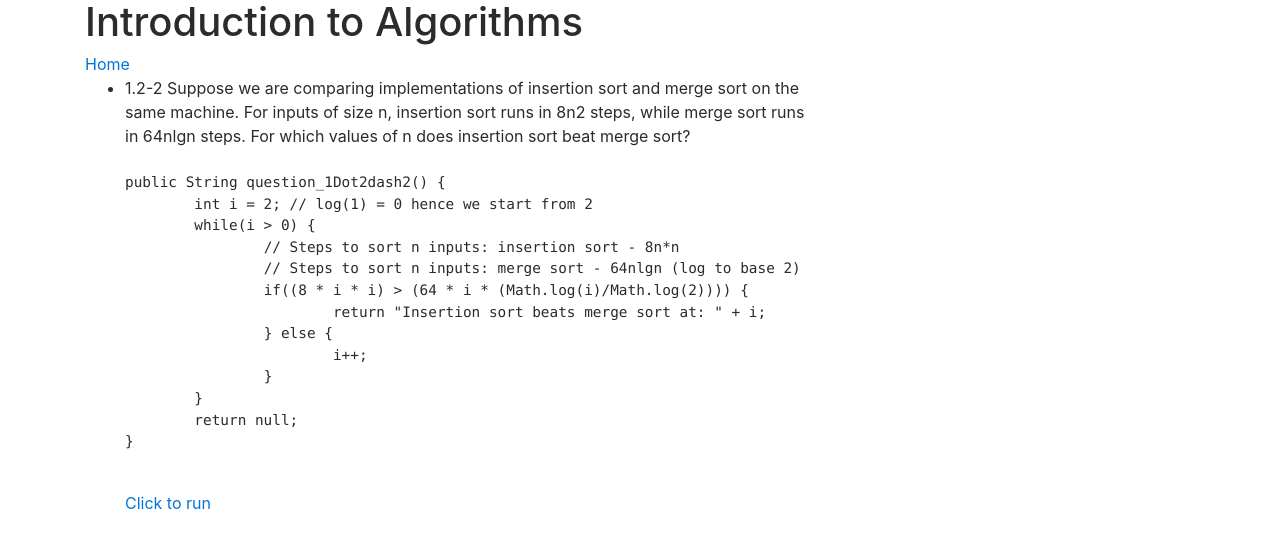
Repository: baltejas/algorithms
Page: http://localhost/algorithms/WEB-INF/views/index.jsp
These files come from the project's save history. The page is drawn as it stood at one moment and after the next save; the edit follows.
The browser window is 1280 px wide. The pictures show the whole page.
The page is served by Tomcat 9. Nobody is signed in. The template is opened directly, without the code that normally fills it, so the values that code supplies are empty.

Above is the page before, as saved 2017-05-06 18:58:27.

After the next save:
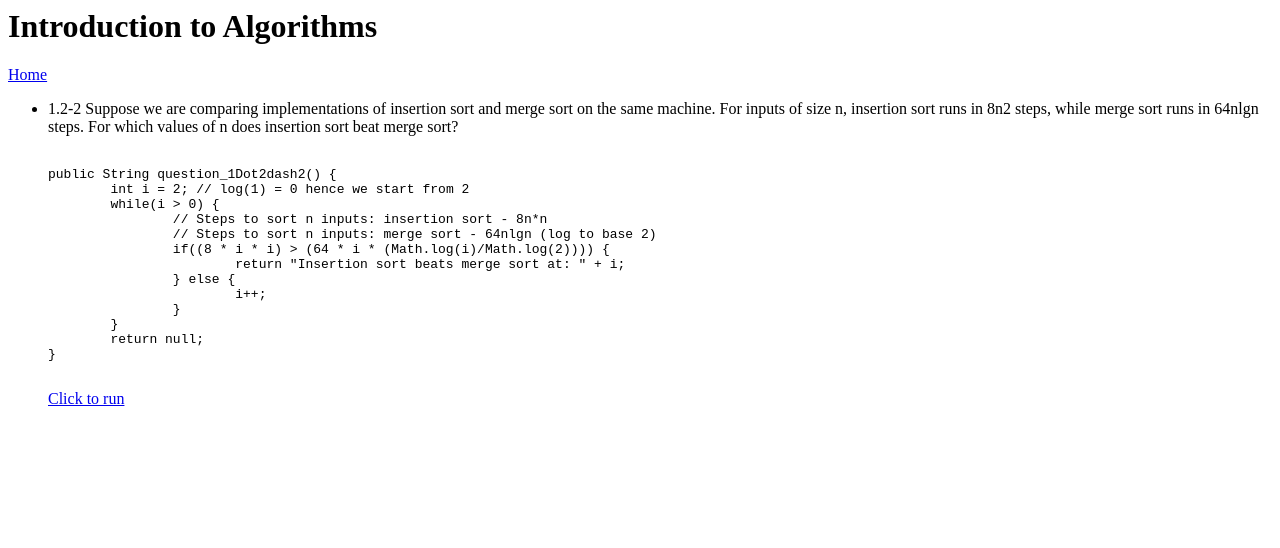
Not found: algorithms/algorithms/WEB-INF/views/resources/css/bootstrap.min.css
Saved 28 s later.
--- a/algorithms/src/main/webapp/WEB-INF/views/index.jsp
+++ b/algorithms/src/main/webapp/WEB-INF/views/index.jsp
@@ -1,12 +1,12 @@
 <html>
 	<head>
-		<link rel="stylesheet" href="resources/css/bootstrap.css">
+		<link rel="stylesheet" href="resources/css/bootstrap.min.css">
 	</head>
 	<body>
 		<div class="container">
 		<h1>Introduction to Algorithms</h1>
 		<a href="/algorithms/list">Home</a>
-			<div class="row">
+			<div class="mt-10 row">
 				<div class="col-md-8">
 					<ul>
 						<li>1.2-2 Suppose we are comparing implementations of insertion sort and merge sort on the same machine.

After the save that followed:
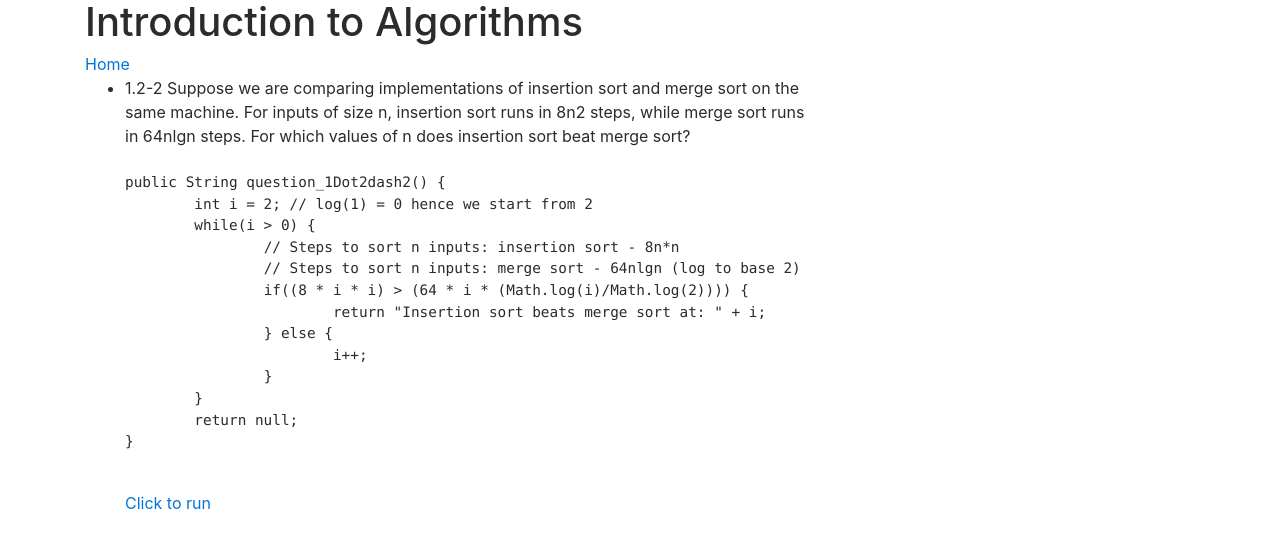
Saved 17 s later.
--- a/algorithms/src/main/webapp/WEB-INF/views/index.jsp
+++ b/algorithms/src/main/webapp/WEB-INF/views/index.jsp
@@ -1,12 +1,12 @@
 <html>
 	<head>
-		<link rel="stylesheet" href="resources/css/bootstrap.min.css">
+		<link rel="stylesheet" href="resources/css/bootstrap.css">
 	</head>
 	<body>
 		<div class="container">
 		<h1>Introduction to Algorithms</h1>
 		<a href="/algorithms/list">Home</a>
-			<div class="mt-10 row">
+			<div class="row">
 				<div class="col-md-8">
 					<ul>
 						<li>1.2-2 Suppose we are comparing implementations of insertion sort and merge sort on the same machine.
